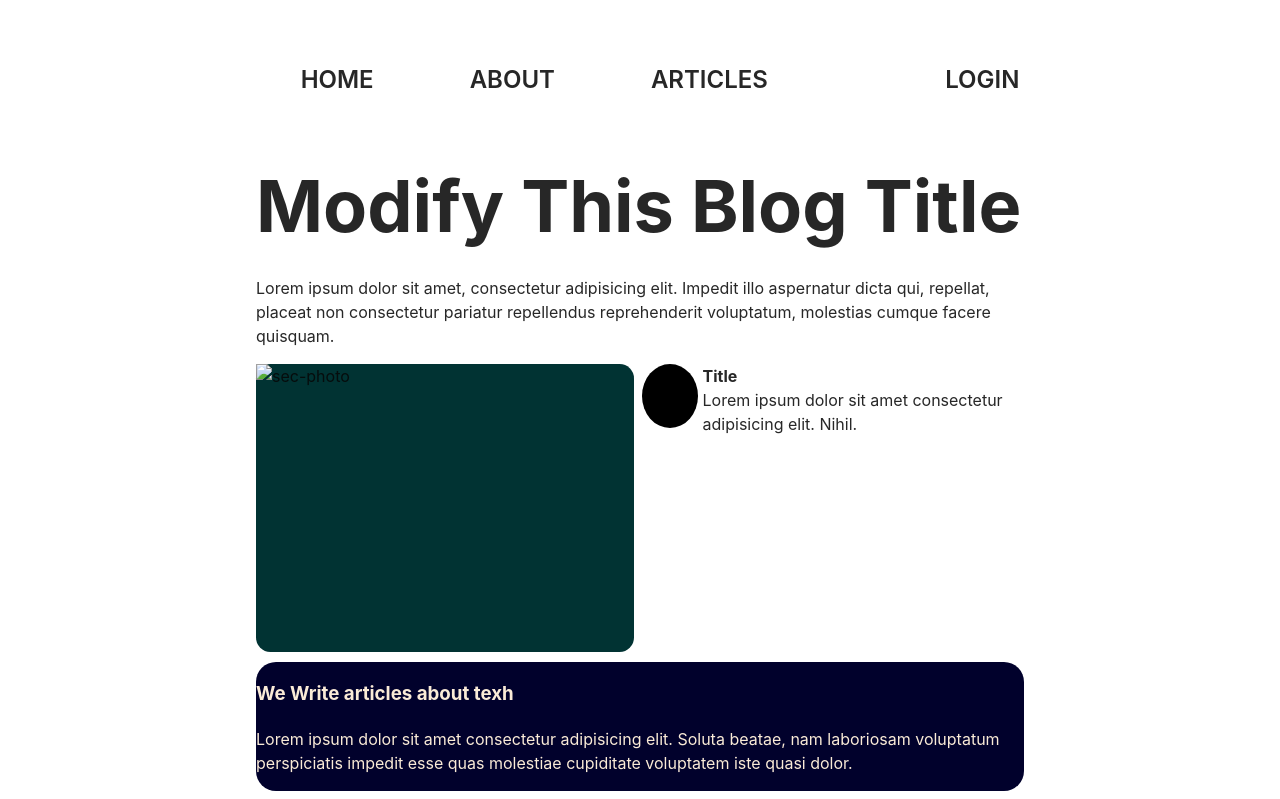
Repository: ValGrace/-static-site
Page: /home (app in client/)
An editor plug-in stored every save of this project. The page is shown before and after the next save, followed by the edit.
The browser window is 1280 px wide. The pictures show the whole page.
The project was rebuilt for these pictures with package versions that can differ from the ones it lists, and the page was loaded fresh each time. Also part of the build but not shown: client/vite.config.js, client/src/Utils/appwrite.js, client/src/Components/Inputs.css, client/src/Components/Login.jsx, client/src/Components/Signup.jsx.

Above is the page before, as saved 2023-02-05 12:18:47.

After the next save:
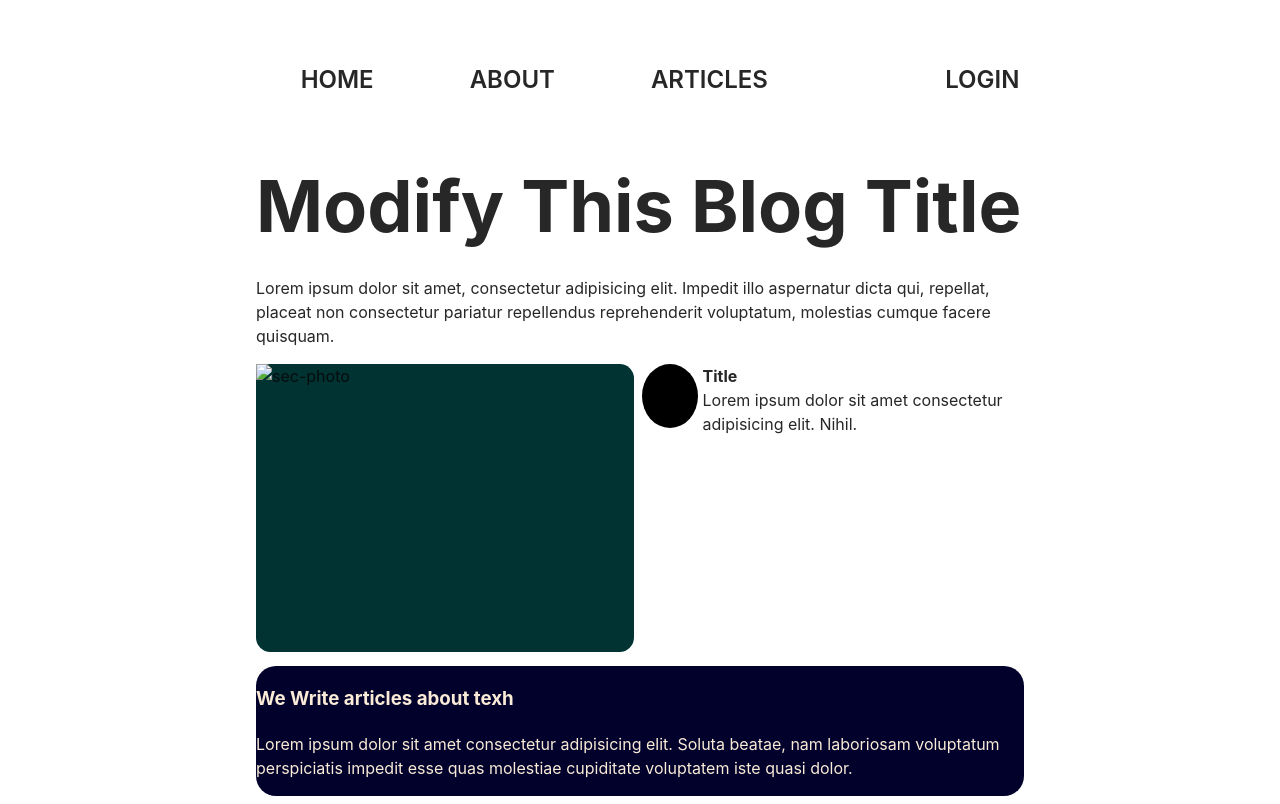
Saved 6 s later.
--- a/client/src/Components/Navbar.css
+++ b/client/src/Components/Navbar.css
@@ -68,5 +68,5 @@ nav > ul{
     background-color: rgb(1, 1, 44);
     color: antiquewhite;
     border-radius: 20px;
-    margin-top: 0.6rem;
+    margin-top: 0.9rem;
 }
